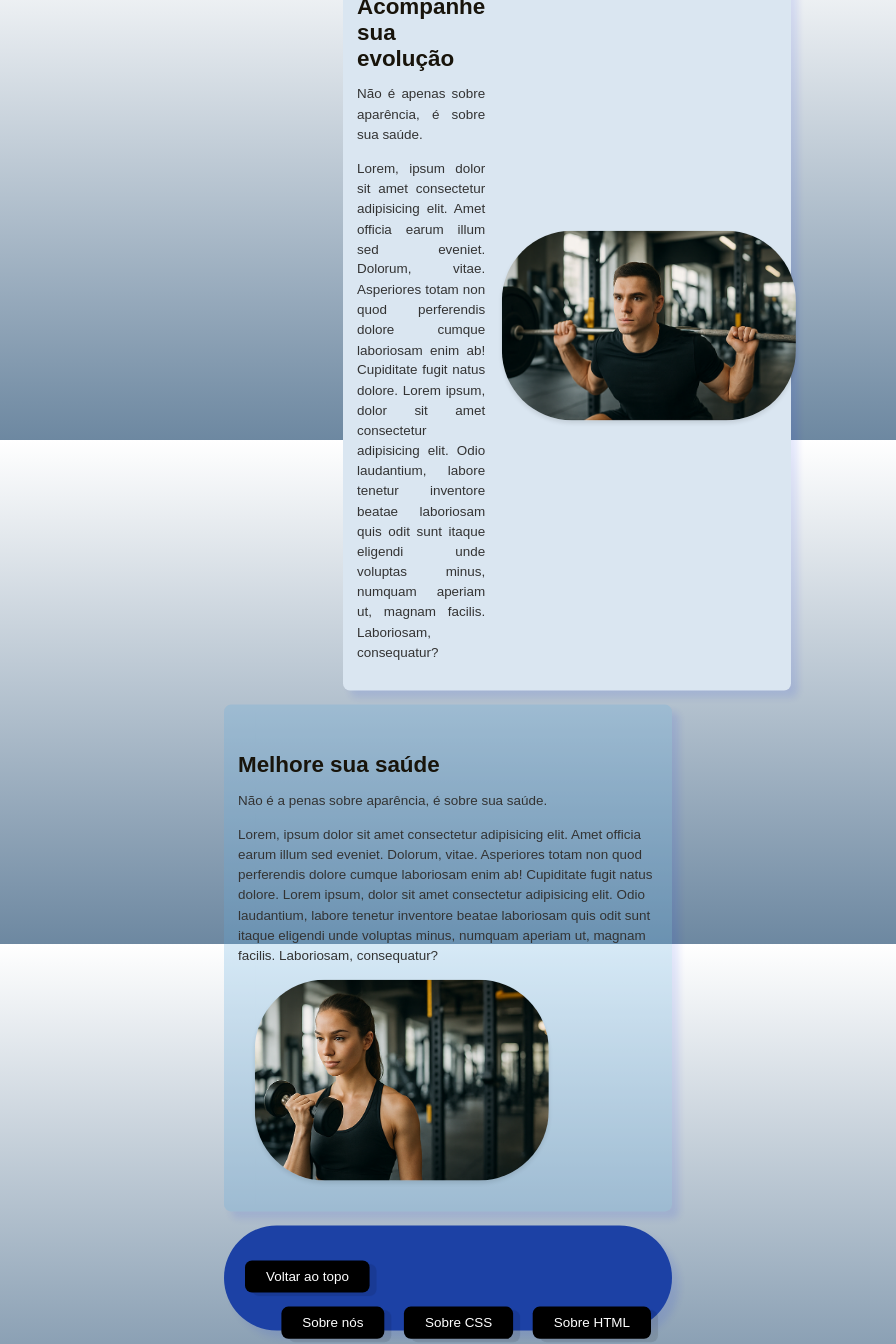
Repository: LuidyOn/Site_Forca_Total
Page: ForçaTotal/index.html
An editor plug-in stored every save of this project. The page is shown before and after the next save, followed by the edit.
The browser window is 1280 px wide. The pictures show the part of the page from y = 1532 to 3452 px (the page is 3452 px tall before and 3412 px after), at 70% of full size.
Backgrounds fixed to the window are drawn as part of the page.

Above is the page before, as saved 2025-05-19 14:10:25.
Not found: ForçaTotal/js/script.js

### ForçaTotal/index.html
<!DOCTYPE html>
<html lang="pt-br">

<head>
    <meta charset="UTF-8">
    <meta name="viewport" content="width=device-width, initial-scale=1.0">
    <title>Força Total</title>
    <link rel="stylesheet" href="css/style.css">
    <link rel="shortcut icon" href="img/icons/logo.ico" type="image/x-icon">
</head>

<body>
    <header style="display: flex; align-items: center; justify-content: center; gap: 16px; padding: 8px 0; position: fixed; top: 0; left: 0; width: 100%; background: #1c41a5; z-index: 1000; box-shadow: 0 2px 8px rgba(0,0,0,0.05);">
        <img src="img/logo.jpg" alt="Imagem logo" style="height: 50px; width: auto;">
        <div style="text-align: left;">
            <h1 style="margin: 0; font-size: 1.5em;">Força Total</h1>
            <p style="margin: 0; color: rgb(207, 207, 207); font-size: 0.95em;">Parece uma Moça? Totalize sua Força!</p>
        </div>
    </header>
    <div style="height: 74px;"></div>

<img src="img/bannerpeso.png" alt="mulher com peso" style="width: 100%; height: auto; margin-top: 20px;">

    <section id="1" style="background-color: #dae6f1; padding: 20px; text-align: justify; margin-left: 150px; display: flex; align-items: center; justify-content: space-between;">
        <div style="flex: 1;">
            <h2>Escolha seu exercício</h2>
            <p>Não é apenas sobre aparência, é sobre sua saúde.</p>
            <p>Lorem, ipsum dolor sit amet consectetur adipisicing elit. Amet officia earum illum sed eveniet. Dolorum, vitae. Asperiores totam non quod perferendis dolore cumque laboriosam enim ab! Cupiditate fugit natus dolore. Lorem ipsum, dolor sit amet consectetur adipisicing elit. Odio laudantium, labore tenetur inventore beatae laboriosam quis odit sunt itaque eligendi unde voluptas minus, numquam aperiam ut, magnam facilis. Laboriosam, consequatur?</p>
        </div>
        <img src="img/prancha.png" alt="Exercício" style="width: 420px; height: auto; border-radius: 100px; margin-left: 24px;">
    </section>
    <section style="background-color: #dae6f1; padding: 20px; text-align: justify; margin-right: 150px; display: flex; align-items: center; justify-content: space-between;">
        <div style="flex: 1;">
            <h2>Acompanhe sua evolução</h2>
            <p>Não é apenas sobre aparência, é sobre sua saúde.</p>
            <p>Lorem, ipsum dolor sit amet consectetur adipisicing elit. Amet officia earum illum sed eveniet. Dolorum, vitae. Asperiores totam non quod perferendis dolore cumque laboriosam enim ab! Cupiditate fugit natus dolore. Lorem ipsum, dolor sit amet consectetur adipisicing elit. Odio laudantium, labore tenetur inventore beatae laboriosam quis odit sunt itaque eligendi unde voluptas minus, numquam aperiam ut, magnam facilis. Laboriosam, consequatur?</p>
        </div>
        <img src="img/agachamento.png" alt="Exercício" style="width: 420px; height: auto; border-radius: 100px; margin-left: 24px;">
    </section>

    <section class="variacao">
        <div style="flex: 1;">
            <h2>Melhore sua saúde</h2>
            <p>Não é a penas sobre aparência, é sobre sua saúde.</p>
            <p>Lorem, ipsum dolor sit amet consectetur adipisicing elit. Amet officia earum illum sed eveniet. Dolorum, vitae. Asperiores totam non quod perferendis dolore cumque laboriosam enim ab! Cupiditate fugit natus dolore. Lorem ipsum, dolor sit amet consectetur adipisicing elit. Odio laudantium, labore tenetur inventore beatae laboriosam quis odit sunt itaque eligendi unde voluptas minus, numquam aperiam ut, magnam facilis. Laboriosam, consequatur?</p>
        </div>
        <img src="img/peso.png" alt="Exercício" style="width: 420px; height: auto; border-radius: 100px; margin-left: 24px;">
    </section>

    <section style=" background-color: #1c41a5; padding: 10px; text-align: justify; height: 150px; padding: 1px 20px;  border-radius: 1000px;">
  <h3 style="text-align: left;">
    <span>
    <a href="index.html"><button id="botao">Voltar ao topo</button></a>
    </span>
    <span style="float: right;">
      <a href="paginas/sobrenos.html"><button>Sobre nós</button></a>
      <a href="paginas/sobrecss.html"><button>Sobre CSS</button></a>
      <a href="paginas/sobreHTML.html"><button>Sobre HTML</button></a>
    </span>
  </h3>

  </section>

    <script src="js/script.js"></script>
</body>
</html>

### ForçaTotal/css/style.css
/* Resetando algumas margens e paddings padrão */
@charset "UTF-8";

* {
  margin: 100;
  padding: 0;
  box-sizing: border-box;

}

body {
  font-family: 'Arial', sans-serif;
  text-align: left;
  background-image: linear-gradient(to bottom, #ffffff, #6d88a1);
  background-attachment: fixed;
  margin: 0;
  padding: 0;
  color: #333;
  width: 100vw;
  min-height: 100vh;
}

header {
  display: flex;
  align-items: center;
  justify-content: center;
  gap: 16px;
  position: fixed;
  top: -20px;
  left: 0;
  width: 100%;
  background: #10315e;
  z-index: 1000;
  box-shadow: 0 2px 8px rgba(0,0,0,0.05);
  background-color: #0a2a83;
  color: white;
  text-align: center;
  padding: 20px;
  font-size: 1.2rem;
}

header img {
  width: 150px;
  margin-bottom: 20px;
  border-radius: 50%;
}

h1 {
  font-size: 2.5rem;
  margin-bottom: 10px;
  font-weight: bold;
}

h2 {
  font-size: 2rem;
  margin-bottom: 10px;
  font-weight: bold;
}

h3 {
  font-size: 1.8rem;
  margin-bottom: 10px;
  font-weight: 300;
  text-align: center;
}

h4 {
  font-size: 1.5rem;
  margin-bottom: 10px;
  font-weight: 300;
  margin-left: 10px;
}

h5 {
  font-size: 1.3rem;
  margin-bottom: 10px;
  font-weight: 300;
  margin-left: 20px;
}

ul {
  padding: 0;
  margin-left: 100px;
}
ol {
  list-style-type: decimal;
  margin: 0;
}

p {
  font-size: 1.2rem;
  font-weight: 300;
}

section {
  padding: 40px 20px;
  background-color: #dae6f1;
  margin: 20px 0;
  border-radius: 10px;
  box-shadow: 10px 10px 10px rgba(0, 42, 228, 0.1);
  width: 50%;
  margin-left: auto;
  margin-right: auto;
  display: block;
  align-items: center;
  justify-content: space-between;
}

.variacao {
  background-color: rgba(99, 173, 219, 0.262);

}

section h2 {
  font-size: 2rem;
  margin-bottom: 10px;
  color: rgb(24, 20, 11);
}

section p {
  font-size: 1.2rem;
  line-height: 1.5;
  margin-bottom: 20px;
}

section img {
  width: 25%;
  max-width: 600px;
  border-radius: 10px;
  box-shadow: 0px 4px 6px rgba(0, 0, 0, 0.1);
  margin-left: px;
}

button {
  padding: 12px 30px;
  font-size: 1.2rem;
  background-color: #000000;
  color: white;
  border: none;
  border-radius: 10px;
  cursor: pointer;
  transition: background-color 0.3s ease, transform 0.2s ease;
  margin-top: 20px;
  margin-left: 10px;
  margin-right: 10px;
  box-shadow: 10px 5px 1px rgba(0, 0, 0, 0.1);

}

button:hover {
  background-color: #325f90;
  transform: translateY(-2px);
}

button:active {
  transform: translateY(0);
}

footer {
  background-color: #222;
  color: white;
  padding: 20px;
  font-size: 1rem;
  text-align: center;
  margin-top: 40px;
  left: 0;
  bottom: 0;
  width: 100vw;
  z-index: 100;
}

footer p {
  font-weight: 300;
  margin-left: -1000px;

}

@media screen and (max-width: 768px) {
  header h1 {
      font-size: 2rem;
  }

  section h2 {
      font-size: 1.8rem;
  }

  button {
      padding: 10px 25px;
  }
}

After the next save:
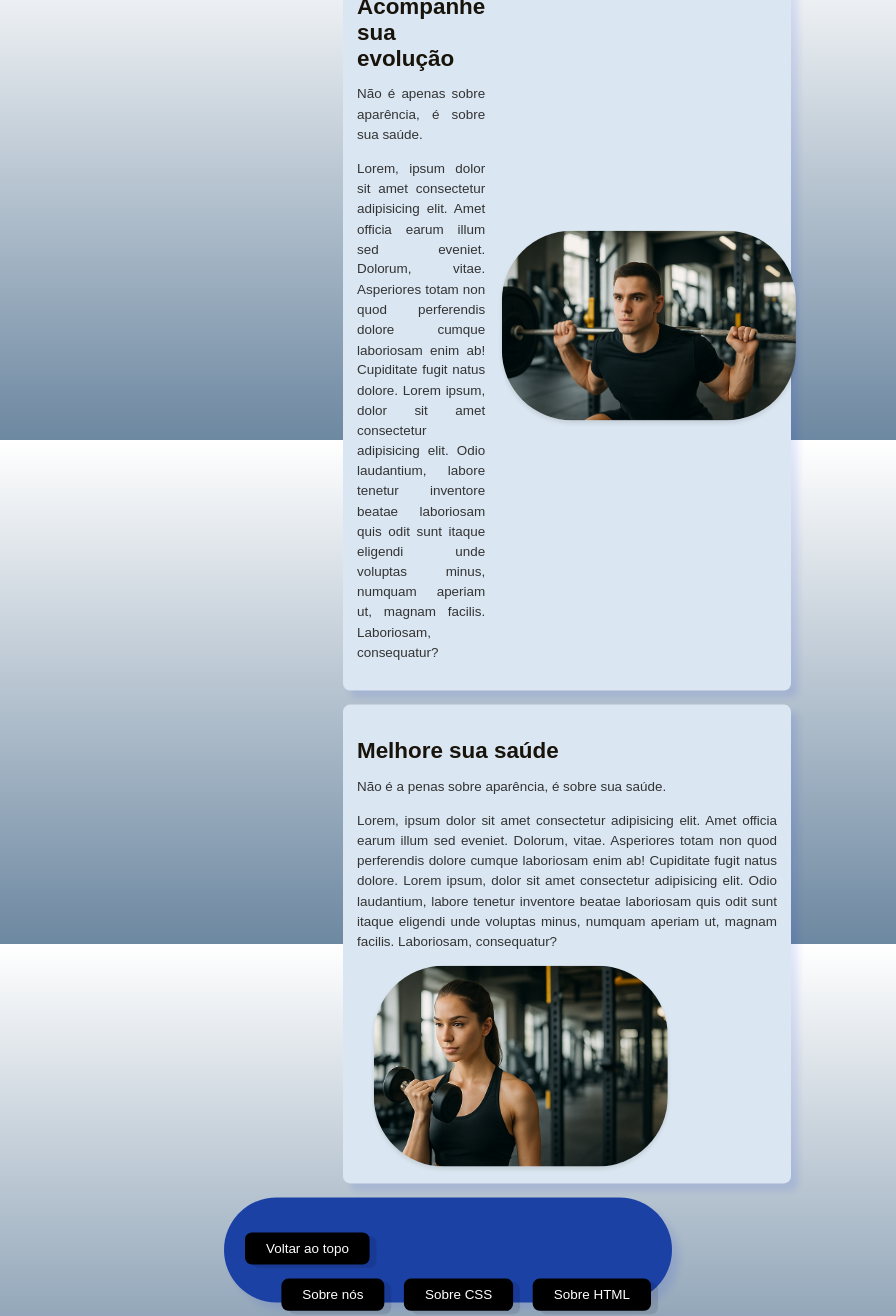
Saved 58 s later.
--- a/ForçaTotal/index.html
+++ b/ForçaTotal/index.html
@@ -38,7 +38,8 @@
         <img src="img/agachamento.png" alt="Exercício" style="width: 420px; height: auto; border-radius: 100px; margin-left: 24px;">
     </section>
 
-    <section class="variacao">
+    <section class="variacao" style="background-color: #dae6f1; padding: 20px; text-align: justify; margin-right: 150px; display: flex; align-items: center; justify-content: space-between;">
+        <div style="flex: 1;">
         <div style="flex: 1;">
             <h2>Melhore sua saúde</h2>
             <p>Não é a penas sobre aparência, é sobre sua saúde.</p>

After the save that followed:
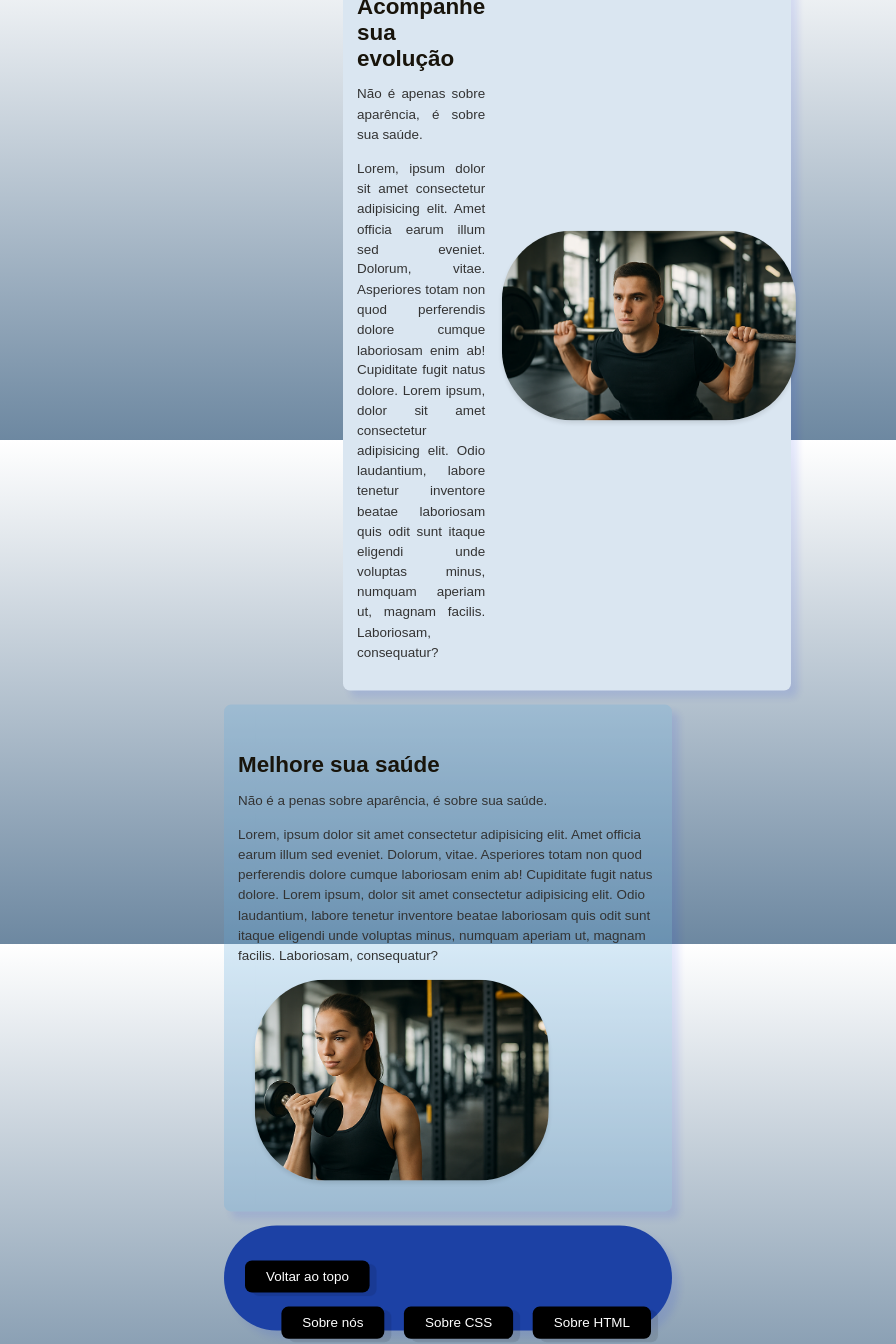
Saved 12 s later.
--- a/ForçaTotal/index.html
+++ b/ForçaTotal/index.html
@@ -38,7 +38,7 @@
         <img src="img/agachamento.png" alt="Exercício" style="width: 420px; height: auto; border-radius: 100px; margin-left: 24px;">
     </section>
 
-    <section class="variacao" style="background-color: #dae6f1; padding: 20px; text-align: justify; margin-right: 150px; display: flex; align-items: center; justify-content: space-between;">
+    <section class="variacao" style=background-color: #dae6f1; padding: 20px; text-align: justify; margin-right: 150px; display: flex; align-items: center; justify-content: space-between;">
         <div style="flex: 1;">
         <div style="flex: 1;">
             <h2>Melhore sua saúde</h2>
